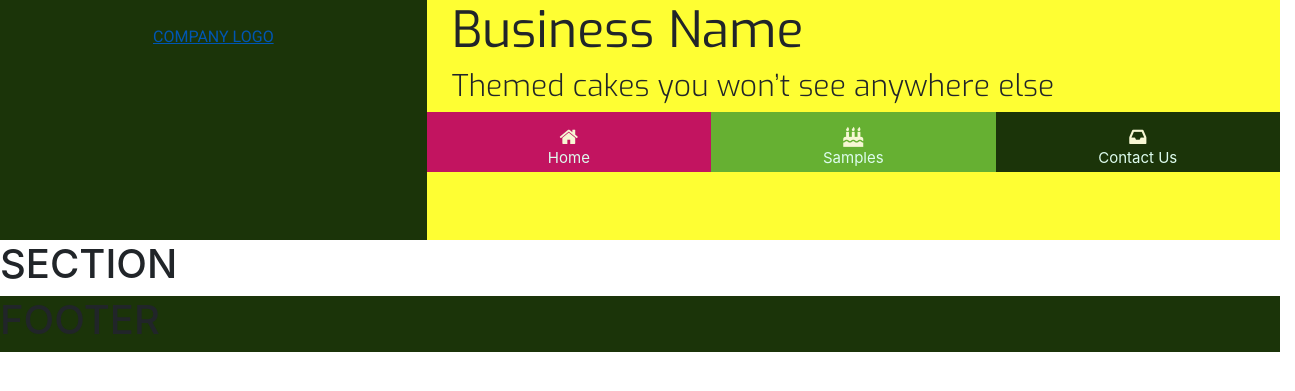
Repository: seanjcarley/Milestone1
Page: index.html
The author's editor kept a record of every edit. The page is drawn from the files as they stood at one moment, then again after the next edit.
The browser window is 1280 px wide. The page is 1295 px wide, so the pictures cover 1295 px, including what lies to the right of the window. The pictures show the whole page.

Above is the page before.

### index.html
<!DOCTYPE html>
<html lang="en">

<head>
    <meta charset="UTF-8">
    <meta name="viewport" content="width=device-width, initial-scale=1.0">
    <meta http-equiv="X-UA-Compatible" content="ie=edge">
    <link rel="stylesheet" href="https://stackpath.bootstrapcdn.com/bootstrap/4.3.1/css/bootstrap.min.css" type="text/css" />
    <link rel="stylesheet" href="https://stackpath.bootstrapcdn.com/font-awesome/4.7.0/css/font-awesome.min.css" type="text/css">
    <link rel="stylesheet" href="https://cdnjs.cloudflare.com/ajax/libs/hover.css/2.3.1/css/hover-min.css" type="text/css">
    <link rel="stylesheet" href="css/style.css">
    <title>XXXXX Bakery and Novelty Cakes</title>
</head>

<body>
    <header>
        <div class="row no-gutters">
            <a href="#" class="col-md-4 logo">COMPANY LOGO</a>
            <div class="col-md-8">
                <div class="row no-gutters">
                    <div class="col page-header">
                        <h1 class="name">Business Name</h1>
                        <h2 class="tag-line">Themed cakes you won’t see anywhere else</h2>
                    </div>
                </div>
                <div class="row no-gutters">
                    <div class="col">
                        <ul id="nav" class="list-inline menucontainer">
                            <li class="col col-sm-4 menu-item-color-home list-inline-item menuitem">
                                <a href="index.html"><i class="fa fa-home" aria-hidden="true"></i><span>Home</span></a>
                            </li>
                            <li class="col col-sm-4 menu-item-color-samples list-inline-item menuitem">
                                <a href="#"><i class="fa fa-birthday-cake" aria-hidden="true"></i><span>Samples</span></a>
                            </li>
                            <li class="col col-sm-4 menu-item-color-contact list-inline-item menuitem">
                                <a href="#"><i class="fa fa-inbox" aria-hidden="true"></i><span>Contact Us</span></a>
                            </li>
                        </ul>
                    </div>
                </div>
            </div>
        </div>
    </header>
    <section>
        <div class="row">
            <div class="col">
                <h1>SECTION</h1>
            </div>
        </div>
    </section>
    <footer>
        <div class="row">
            <div class="col">
                <h1>FOOTER</h1>
            </div>

        </div>
    </footer>
</body>

</html>

### css/style.css
@import url('https://fonts.googleapis.com/css?family=Roboto:100,200,300,400,500,600,700|Exo:100,200,300,400,500,600,700');

/*----------------------------------------------------------------------------*/
/* Colours */
/*----------------------------------------------------------------------------*/

.menu-item-color-home {
    background-color: #C21460;
    color: #F7F7D4;
}

.menu-item-color-samples {
    background-color: #66B032;
    color: #F7F7D4;
}

.menu-item-color-contact {
    background-color: #1B3409;
    color: #F7F7D4;
}

/*----------------------------------------------------------------------------*/
/* Header */
/*----------------------------------------------------------------------------*/

header {
    margin: 20;
    background-color: #fefe33;
}

.page-header {

}

.name {
    font-family: "Exo", sans-serif;
    font-weight: 400;
    font-size: 50px;
    margin-left: 25px;
}

.tag-line {
    font-family: "Exo", sans-serif;
    font-weight: 300;
    font-size: 30px;
    margin-left: 25px;
}

.logo {
    background: url("#");
    background-position: center;
    background-repeat: no-repeat;
    background-size: cover;
    background-color: #1B3409;
    font-family: "Roboto", sans-serif;
    text-align: center;
    padding-top: 25px;
    min-height: 240px;
}

.list-inline-item:not(:last-child) {
    margin-right: 0;
}

.menucontainer {
    font-size: 0;
}

#nav li {
    font-size: 14px;
    padding: 0;
}

#nav {
    margin: 0;
}

.menuitem {
    height: 60px;
    text-align: center;
    padding: 0;
}

.menuitem a {
    width: 100%;
    text-decoration: none;
    color: #defdef;
    height: 100%;
}

.menuitem a i {
    padding-top: 15px;
    display: block;
    color: #F7F7D4;;
    font-size: 20px;
}

.menuitem span {
    display: block;
    font-size: 15px;
}

/*----------------------------------------------------------------------------*/
/* Section */
/*----------------------------------------------------------------------------*/

section {
    margin: 0;
}

/*----------------------------------------------------------------------------*/
/* Footer */
/*----------------------------------------------------------------------------*/

footer {
    margin: 0;
    background-color: #1B3409;
}

/*----------------------------------------------------------------------------*/
/* Media Queries */
/*----------------------------------------------------------------------------*/

After the next edit:
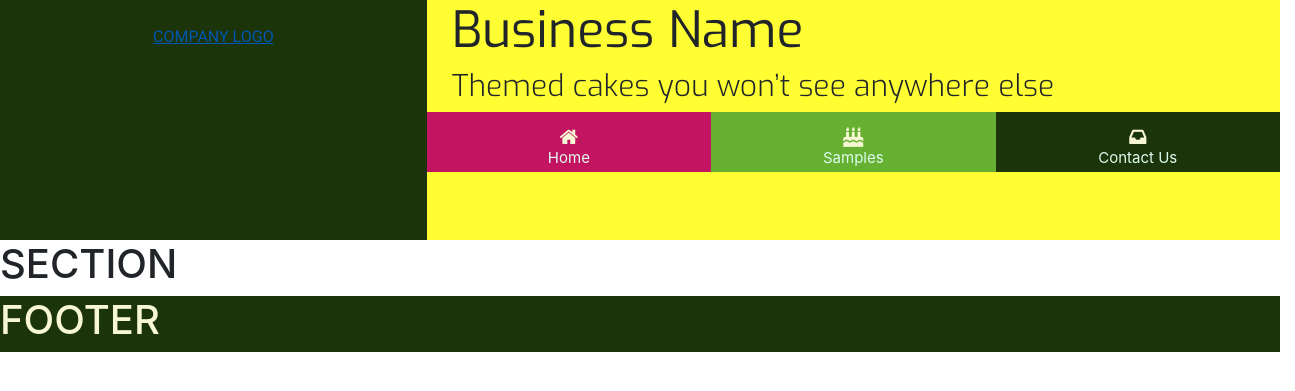
The edit:
--- a/css/style.css
+++ b/css/style.css
@@ -115,6 +115,7 @@
 footer {
     margin: 0;
     background-color: #1B3409;
+    color: #F7F7D4;
 }
 
 /*----------------------------------------------------------------------------*/
